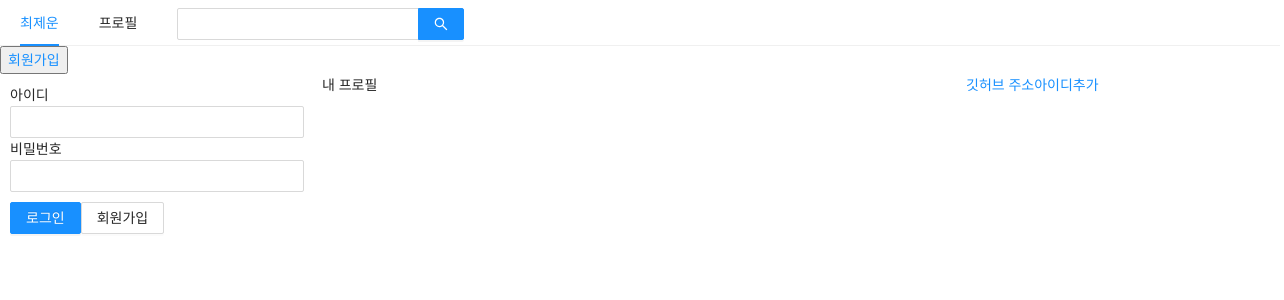
Repository: chlwpdnswku/zerochonext
Page: /profile (app in front/)
These files come from the project's save history. The page is drawn as it stood at one moment and after the next save; the edit follows.
The browser window is 1280 px wide. The page is 1284 px wide, so the pictures cover 1284 px, including what lies to the right of the window. The pictures show the whole page.
The project was rebuilt for these pictures with package versions that can differ from the ones it lists, and the page was loaded fresh each time. The framework's server and built-in components were replaced by stand-ins that run in the browser. Also part of the build but not shown: front/components/UserProfile.js.

Above is the page before, as saved 2022-08-28 08:55:19.

### front/pages/_app.js
import React from 'react';
import Head from 'next/head';
import PropTypes from 'prop-types';
import 'antd/dist/antd.css';

const NodeBird = ({ Component }) => {
  return (
    <>
      <Head>
        <meta charSet='utf-8' />
        <title>NodeBird</title>
      </Head>
      <Component />
    </>
  );
};

NodeBird.propTypes = {
  Component: PropTypes.elementType.isRequired,
};

export default NodeBird;

### front/pages/profile.js
import React from 'react';
import Head from 'next/head';

import AppLayout from '../components/AppLayout';

const Profile = () => (
  <AppLayout>
    <Head>
      <title>NodeBird</title>
    </Head>
    <div>내 프로필</div>
  </AppLayout>
);

export default Profile;

### front/components/AppLayout.js
import React, { useState } from 'react';
import Link from 'next/link';
import { Menu, Input, Button, Row, Col } from 'antd';
import PropTypes from 'prop-types';
import UserProfile from './UserProfile';
import LoginForm from './LoginForm';

function AppLayout({ children }) {
  const [login, setLogin] = useState(false);

  return (
    <div>
      <Menu mode='horizontal'>
        <Menu.Item key='home'>
          <Link href='/'>
            <a>최제운</a>
          </Link>
        </Menu.Item>
        <Menu.Item key='profile'>
          <Link href='/profile'>
            <a>프로필</a>
          </Link>
        </Menu.Item>
        <Menu.Item key='mail'>
          <Input.Search
            enterButton
            style={{
              verticalAlign: 'middle',
            }}
          />
        </Menu.Item>
      </Menu>
      <Link href='/signup'>
        <a>
          <button>회원가입</button>
        </a>
      </Link>
      <Row gutter={8}>
        <Col xs={24} md={6}>
          {/* Login 구분 */}
          {login ? <UserProfile /> : <LoginForm />}
        </Col>
        <Col xs={24} md={12}>
          {' '}
          {children}
        </Col>
        <Col xs={24} md={6}>
          <a
            href='http://www.naver.com'
            target='_blank'
            rel='noreferrer noopener'
          >
            깃허브 주소아이디추가
          </a>
        </Col>
      </Row>
    </div>
  );
}
AppLayout.propTypes = {
  children: PropTypes.node.isRequired,
};

export default AppLayout;

### front/components/LoginForm.js
import React, { useState, useCallback } from 'react';
import { Button, Form, Input } from 'antd';
import Link from 'next/link';
import styled from 'styled-components';

// 이렇게적어야 객체 변환으로쓸수가있음 아래button한개만 적용
const buttonWrapper = styled.div`
  margin-top: 10px;
`;

function LoginForm() {
  const [id, setId] = useState('');
  const [password, setPassword] = useState('');

  //컴포넌트에 props를쓰면 useCallback
  const onChangeId = useCallback((e) => {
    setId(e.target.value);
  }, []);

  const onChangePassword = useCallback((e) => {
    setPassword(e.target.value);
  }, []);

  return (
    <Form style={{ padding: '10px' }}>
      <div>
        <label htmlFor='user-id'>아이디</label>
        <br />
        <Input name='user-id' value={id} onChange={onChangeId} required />
      </div>

      <div>
        <label htmlFor='user-password'>비밀번호</label>
        <Input
          htmlFor='user-password'
          value={password}
          onChange={onChangePassword}
          type='password'
          required
        />
      </div>

      {/* style에 객체를 넣으면안됨  {}==={} ->false가됨 서로다른 주소를 가리키기때문임*/}
      <div style={{ marginTop: '10px' }}>
        <Button type='primary' htmlType='submit' loading={false}>
          로그인
        </Button>
        <Link href='/signup'>
          <a>
            <Button>회원가입</Button>
          </a>
        </Link>
      </div>
    </Form>
  );
}

export default LoginForm;

Loaded but not shown: front/pages/_document.js (common file)

After the next save:
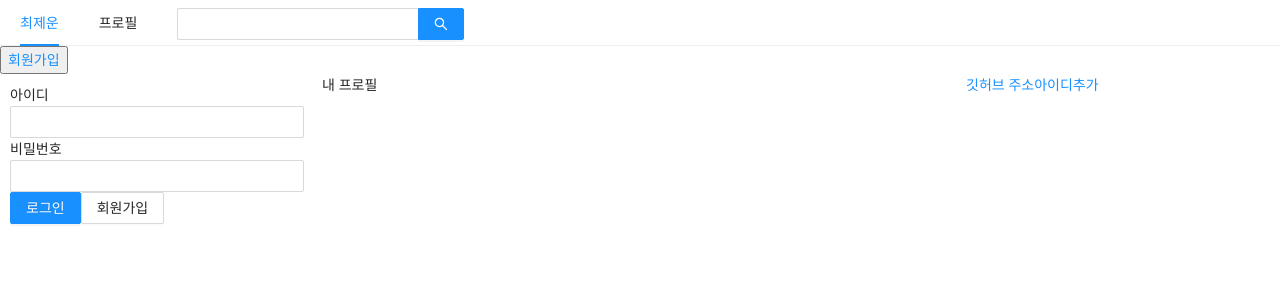
Saved 37 s later.
--- a/front/components/LoginForm.js
+++ b/front/components/LoginForm.js
@@ -40,8 +40,8 @@
         />
       </div>
 
-      {/* style에 객체를 넣으면안됨  {}==={} ->false가됨 서로다른 주소를 가리키기때문임*/}
-      <div style={{ marginTop: '10px' }}>
+      {/* style에 객체를 넣으면안됨  {}==={} ->false가됨 서로다른 주소를 가리키기때문임 성능적으로큰차이없으면 그냥하기*/}
+      <buttonWrapper>
         <Button type='primary' htmlType='submit' loading={false}>
           로그인
         </Button>
@@ -50,7 +50,7 @@
             <Button>회원가입</Button>
           </a>
         </Link>
-      </div>
+      </buttonWrapper>
     </Form>
   );
 }

After the 3 saves that followed:
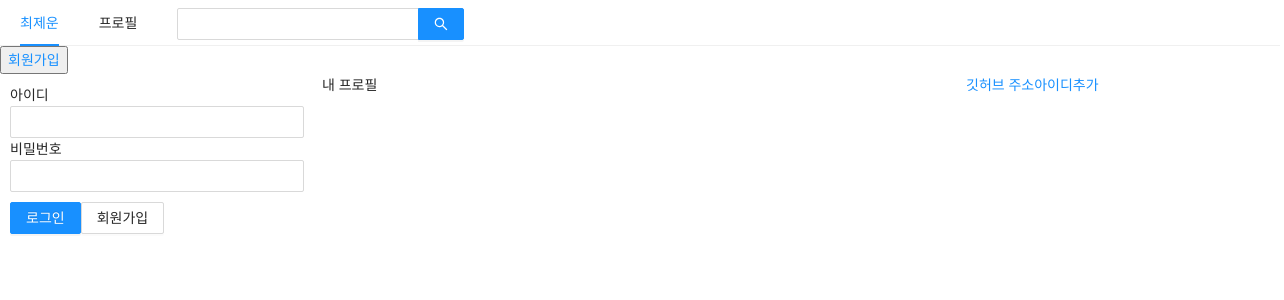
The 3 saves are shown as one change because 2 left the picture as it was.
The last was saved 78 s later.
--- a/front/components/LoginForm.js
+++ b/front/components/LoginForm.js
@@ -4,9 +4,6 @@
 import styled from 'styled-components';
 
 // 이렇게적어야 객체 변환으로쓸수가있음 아래button한개만 적용
-const buttonWrapper = styled.div`
-  margin-top: 10px;
-`;
 
 function LoginForm() {
   const [id, setId] = useState('');
@@ -20,6 +17,10 @@
   const onChangePassword = useCallback((e) => {
     setPassword(e.target.value);
   }, []);
+
+  const ButtonWrapper = styled.div`
+    margin-top: 10px;
+  `;
 
   return (
     <Form style={{ padding: '10px' }}>
@@ -41,7 +42,7 @@
       </div>
 
       {/* style에 객체를 넣으면안됨  {}==={} ->false가됨 서로다른 주소를 가리키기때문임 성능적으로큰차이없으면 그냥하기*/}
-      <buttonWrapper>
+      <ButtonWrapper>
         <Button type='primary' htmlType='submit' loading={false}>
           로그인
         </Button>
@@ -50,7 +51,7 @@
             <Button>회원가입</Button>
           </a>
         </Link>
-      </buttonWrapper>
+      </ButtonWrapper>
     </Form>
   );
 }
